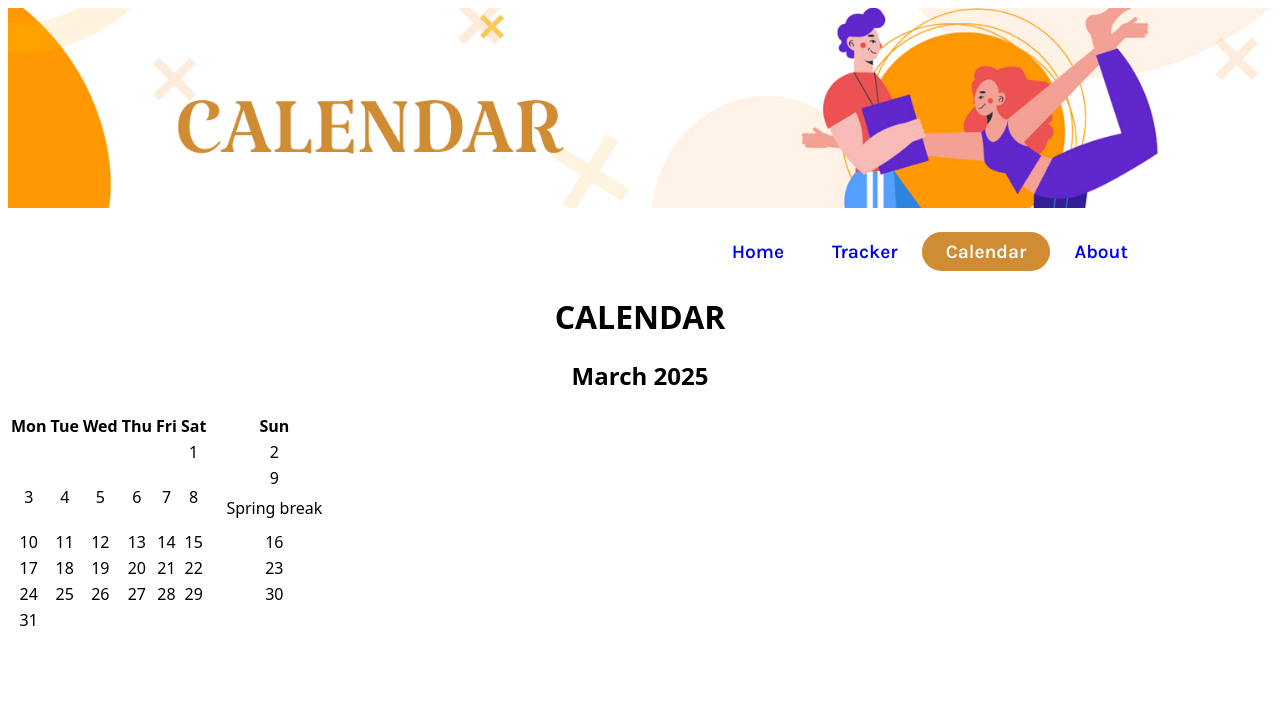
Repository: SandyLy453/habit-tracker
Page: http://localhost/calendar?month=1&year=2025
An editor plug-in stored every save of this project. The page is shown before and after the next save, followed by the edit.
The browser window is 1280 px wide. The pictures show the whole page.
The page is served by the project's Node server (server.js).

Above is the page before, as saved 2025-03-16 17:16:01.

### views/pages/calendar.ejs
<!DOCTYPE html>
<html lang="en">
<head>
    <meta charset="UTF-8">
    <meta name="viewport" content="width=device-width, initial-scale=1.0">
    <link rel="stylesheet" href="/styles.css">
    <link rel="preconnect" href="https://fonts.googleapis.com">
    <link rel="preconnect" href="https://fonts.gstatic.com" crossorigin>
    <link href="https://fonts.googleapis.com/css2?family=Karla:ital,wght@0,200..800;1,200..800&family=Roboto:ital,wght@0,100..900;1,100..900&display=swap" rel="stylesheet">
</head>
<body>
    <%- include('../partials/header', { activePage: 'calendar' }) %>

    <div class="calendar-container">
        <header class="calendar-header">
          <h1>CALENDAR</h1>
        </header>

        <div class="calendar-nav">
          <h2 id="month-year"><%= new Date(currentYear, currentMonth).toLocaleString('default', { month: 'long', year: 'numeric' }) %></h2>
        </div>

        <table class="calendar-table">
          <thead>
            <tr>
              <th>Mon</th><th>Tue</th><th>Wed</th><th>Thu</th><th>Fri</th><th>Sat</th><th>Sun</th>
            </tr>
          </thead>
          <tbody>
            <%
              const firstDay = new Date(currentYear, currentMonth, 1);
              const firstDayIndex = (firstDay.getDay() + 6) % 7;
              const daysInMonth = new Date(currentYear, currentMonth + 1, 0).getDate();
              let dateCount = 1;

              for (let i = 0; i < 6; i++) { %>
              <tr>
                <% for (let j = 0; j < 7; j++) { %>
                  <% if ((i === 0 && j < firstDayIndex) || dateCount > daysInMonth) { %>
                    <td></td>
                  <% } else { %>
                    <td class="calendar-day">
                      <span class="date-number"><%= dateCount %></span>
                      <% if (currentMonth === 2 && dateCount === 9) { %>
                        <div class="event">Spring break</div>
                      <% } %>
                    </td>
                    <% dateCount++; %>
                  <% } %>
                <% } %>
              </tr>
            <% } %>
          </tbody>
        </table>
      </div>

</body>
</html>

### views/partials/header.ejs
<!DOCTYPE html>
<html lang="en">
<head>
    <meta charset="UTF-8">
    <meta name="viewport" content="width=device-width, initial-scale=1.0">
    <title>
        <%= typeof title != 'undefined' ? title : 'Page Title' %>
    </title>
    <link rel="stylesheet" href="/styles.css">
    <link rel="preconnect" href="https://fonts.googleapis.com">
    <link rel="preconnect" href="https://fonts.gstatic.com" crossorigin>
    <link href="https://fonts.googleapis.com/css2?family=Karla:ital,wght@0,200..800;1,200..800&family=Roboto:ital,wght@0,100..900;1,100..900&display=swap" rel="stylesheet">
</head>
<body>
    <header>
        <div class="header_container">
            <img src="<%= activePage === 'home' ? '/images/home_banner.png' : activePage === 'tracker' ? '/images/tracker_banner.png' : activePage === 'calendar' ? '/images/calendar_banner.png' : '/images/about_banner.png' %>" alt="Banner Images"/>
            <ul class="header">
                <li><a href="/" class="header_items <%= activePage === 'home' ? 'highlight' : '' %>">Home</a></li>
                <li><a href="/tracker" class="header_items <%= activePage === 'tracker' ? 'highlight' : '' %>">Tracker</a></li>
                <li><a href="/calendar" class="header_items <%= activePage === 'calendar' ? 'highlight' : '' %>">Calendar</a></li>
                <li><a href="/about" class="header_items <%= activePage === 'about' ? 'highlight' : '' %>">About</a></li>
              </ul>
        </div>
    </header>
</body>
</html>

### server.js
import pg from 'pg';
import express from 'express';
import bodyParser from 'body-parser';
import dotenv from 'dotenv';
import path from 'path';
import { fileURLToPath } from 'url';

const __filename = fileURLToPath(import.meta.url);
const __dirname = path.dirname(__filename);

dotenv.config();

// Database setup
const db = new pg.Client({
  user: process.env.DB_USER,
  host: process.env.DB_HOST,
  database: process.env.DB_DATABASE,
  password: process.env.DB_PASSWORD,
  port: process.env.DB_PORT,
});

db.connect()
  .then(() => {
    console.log('Connected to the database');
  })
  .catch(err => {
    console.error('Database connection error:', err.stack);
});

const app = express();
const port = 3000;

app.set('views', path.join(__dirname, 'views'));

// Middleware
app.use(bodyParser.urlencoded({ extended: true }));
app.use(express.static('public'));  // Serve static files from the public folder
app.set('view engine', 'ejs');

// Routes
app.get('/', (req, res) => {
  res.render('pages/home', {
    title: "Personal Habit Tracker",
    activePage: 'home',
    paragraph: "Track your progress today for better habits."
  });
});

app.get('/tracker', (req, res) => {
  res.render('pages/tracker', {
    title: "My Habits Tracker",
    activePage: 'tracker',
    paragraph: " "
  });
});

app.get('/calendar', (req, res) => {
  const currentDate = new Date();

  res.render('pages/calendar', {
    title: "My calendar",
    activePage: 'calendar',
    currentMonth: currentDate.getMonth(),
    currentYear: currentDate.getFullYear(),
  });
});

app.get('/about', (req, res) => {
  res.render('pages/about', {
    title: "About",
    activePage: 'about',
  });
});

app.listen(port, () => {
  console.log(`App listening at port ${port}`);
});

### public/styles.css
:root {
    --header-font: "Karla", sans-serif;
    --heading-font: "Lora", serif;

    --font-styles-bold: 600;
    --font-styles-regular: 400;
    --header-large: 1.2rem;
    --page-heading: 2.5rem;
    --page-details: 1.1rem;

    --card-status-inProgress: #CF8C33;
    --card-paragraph: #4A4A4A;
    --card-status-done: #03a903;

    --schedules-reading: #FFCF90;
    --schedules-running: #B2ABEA;
    --schedules-drawing: #E0F1FF;
    --schedules-meditation: #FFDDE9;
    --event-backgroundColor: #FFF7EC;

    --numDays: 5;
    --numHours: 10;
    --timeHeight: 60px;
}

body {
    font-family: Arial, sans-serif;
    text-align: center;
}

input, button {
    margin: 5px;
    padding: 8px;
}

/* Header */
.header_container img {
    margin: 0;
    padding: 0;
    display: block;
    width: 100%;
    height: 100%;
    object-fit: cover;
}

.header {
    display: flex;
    flex-direction: row;
    justify-content:flex-end;
    list-style: none;
    margin: 2rem 120px;
    font-family: var(--header-font);
    font-weight: var(--font-styles-bold);
    font-size: var(--header-large);
}

.header_items {
    text-decoration: none;
    padding: .5rem 1.5rem;
    border-radius: 20px;
}

.header_items.highlight {
    color: white;
    background-color: var(--card-status-inProgress);
}

/* Home Page */
.heading_section {
    text-align: left;
    margin: 6rem 120px 4rem 120px;
}

.heading_section h1 {
    font-family: var(--heading-font);
    font-weight: var(--font-styles-regular);
    font-size: var(--page-heading);
    margin-bottom: 0;
}

.heading_section p {
    font-size: var(--page-details);
    margin-top: .5rem;
    font-style: italic;
}

.main_content {
    display: flex;
    flex-direction: row;
    margin: 0 120px 7rem 120px;
    gap: 2rem;
    text-align: left;
    align-items: flex-start;
}

/* Home Page Cards */

.cards_section {
    width: 50%;
    display: flex;
    flex-direction: column;
    justify-content: flex-start;
    padding: 0;
}

.cards_section h2,
.schedules_section h2 {
    font-family: var(--heading-font);
}

.cards {
    display: flex;
    flex-direction: row;
    flex-wrap: wrap;
    gap: 20px;
}

.card {
    position: relative;
    background-color: white;
    border-radius: 8px;
    border: 2px solid #D8D8D8;
    padding: 15px;
    width: 240px;
    height: 180px;
    text-align: left;
    overflow: hidden;
}

.card img {
    width: 100%;
    height: 100px;
    object-fit: cover;
    position: absolute;
    overflow: hidden;
    top: 0;
    left: 0;
    right: 0;
}

.habit {
    position: relative;
    display: flex;
    flex-direction: row;
    margin-bottom: 15px;
    justify-content: space-between;
    top: 6.5rem;
}

.habit h3 {
    margin: 0;
    font-size: 16px;
}

.habit p {
    margin: 5px 0;
    font-size: 14px;
    color: var(--card-paragraph);
}

.status {
    font-weight: bold;
}

.status.in-progress {
    color: var(--card-status-inProgress);
}

.status.done {
    color: var(--card-status-done);
}

/* Calendar */

.schedules_section {
    width: 50%;
    display: flex;
    flex-direction: column;
}

.calendar {
    display: grid;
    gap: 10px;
    grid-template-columns: auto 1fr;
}

.timeline {
    display: grid;
    grid-template-rows: repeat(var(--numHours), var(--timeHeight));
}

.days {
    display: grid;
    grid-column: 2;
    gap: 5px;
    grid-template-columns: repeat(auto-fit, minmax(100px, 1fr));
}

.events {
    display: grid;
    grid-template-rows: repeat(var(--numHours), var(--timeHeight));
    border-radius: 5px;
    background: var(--event-backgroundColor);
}

.start-10 {
    grid-row-start: 2;
}

.start-12 {
    grid-row-start: 3;
}

.start-1 {
    grid-row-start: 5;
}

.start-2 {
    grid-row-start: 6;
}

.end-12 {
    grid-row-end: 4;
}

.end-1 {
    grid-row-end: 5;
}

.end-3 {
    grid-row-end: 7;
}

.end-4 {
    grid-row-end: 8;
}

.end-5 {
    grid-row-end: 9;
}

.title {
    font-weight: 600;
    margin-bottom: 0.1rem;
}

.event {
    border: 1px solid var(--eventBorderColor);
    border-radius: 5px;
    padding: 0.5rem;
    margin: 0 0.5rem;
    background: white;
}

.events p {
    font-size: 14px;
}

.space,
.date {
    height: 60px
}

body {
    font-family: system-ui, sans-serif;
}

.running {
    background: var(--schedules-running);
}

.drawing {
    background: var(--schedules-drawing);
}

.meditation {
    background: var(--schedules-meditation);
}

.reading {
    background: var(--schedules-reading);
}

.date {
    display: flex;
    gap: 1em;
}

.date-day {
    display: inline;
    font-size: var(--page-details);
}

After the next save:
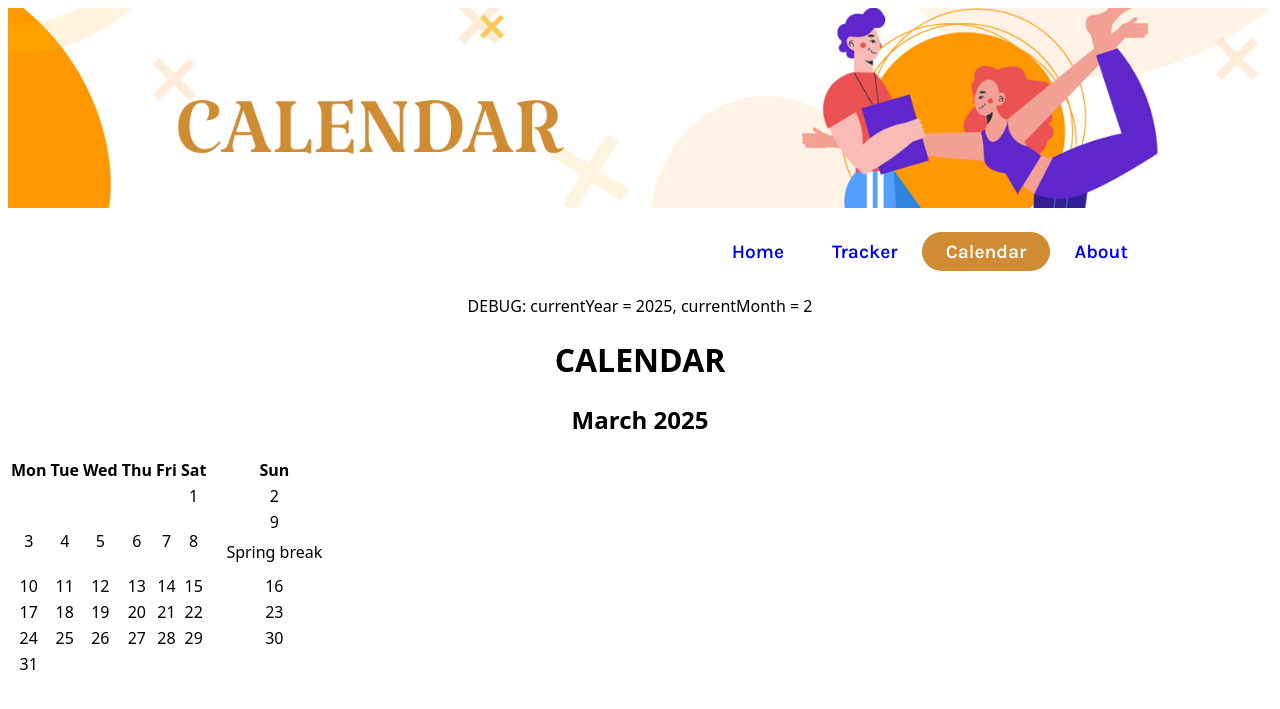
Saved 82 s later.
--- a/views/pages/calendar.ejs
+++ b/views/pages/calendar.ejs
@@ -11,48 +11,53 @@
 <body>
     <%- include('../partials/header', { activePage: 'calendar' }) %>
 
-    <div class="calendar-container">
-        <header class="calendar-header">
-          <h1>CALENDAR</h1>
-        </header>
+    <!-- Debug output -->
+  <p>DEBUG: currentYear = <%= currentYear %>, currentMonth = <%= currentMonth %></p>
 
-        <div class="calendar-nav">
-          <h2 id="month-year"><%= new Date(currentYear, currentMonth).toLocaleString('default', { month: 'long', year: 'numeric' }) %></h2>
-        </div>
+  <div class="calendar-container">
+    <header class="calendar-header">
+      <h1>CALENDAR</h1>
+    </header>
 
-        <table class="calendar-table">
-          <thead>
-            <tr>
-              <th>Mon</th><th>Tue</th><th>Wed</th><th>Thu</th><th>Fri</th><th>Sat</th><th>Sun</th>
-            </tr>
-          </thead>
-          <tbody>
-            <%
-              const firstDay = new Date(currentYear, currentMonth, 1);
-              const firstDayIndex = (firstDay.getDay() + 6) % 7;
-              const daysInMonth = new Date(currentYear, currentMonth + 1, 0).getDate();
-              let dateCount = 1;
+    <div class="calendar-nav">
+      <h2 id="month-year">
+        <%= new Date(currentYear, currentMonth).toLocaleString('default', { month: 'long', year: 'numeric' }) %>
+      </h2>
+    </div>
 
-              for (let i = 0; i < 6; i++) { %>
-              <tr>
-                <% for (let j = 0; j < 7; j++) { %>
-                  <% if ((i === 0 && j < firstDayIndex) || dateCount > daysInMonth) { %>
-                    <td></td>
-                  <% } else { %>
-                    <td class="calendar-day">
-                      <span class="date-number"><%= dateCount %></span>
-                      <% if (currentMonth === 2 && dateCount === 9) { %>
-                        <div class="event">Spring break</div>
-                      <% } %>
-                    </td>
-                    <% dateCount++; %>
+    <table class="calendar-table">
+      <thead>
+        <tr>
+          <th>Mon</th><th>Tue</th><th>Wed</th><th>Thu</th><th>Fri</th><th>Sat</th><th>Sun</th>
+        </tr>
+      </thead>
+      <tbody>
+        <%
+          const firstDay = new Date(currentYear, currentMonth, 1);
+          const firstDayIndex = (firstDay.getDay() + 6) % 7;
+          const daysInMonth = new Date(currentYear, currentMonth + 1, 0).getDate();
+          let dateCount = 1;
+
+          for (let i = 0; i < 6; i++) { %>
+          <tr>
+            <% for (let j = 0; j < 7; j++) { %>
+              <% if ((i === 0 && j < firstDayIndex) || dateCount > daysInMonth) { %>
+                <td></td>
+              <% } else { %>
+                <td class="calendar-day">
+                  <span class="date-number"><%= dateCount %></span>
+                  <% if (currentMonth === 2 && dateCount === 9) { %>
+                    <div class="event">Spring break</div>
                   <% } %>
-                <% } %>
-              </tr>
+                </td>
+                <% dateCount++; %>
+              <% } %>
             <% } %>
-          </tbody>
-        </table>
-      </div>
+          </tr>
+        <% } %>
+      </tbody>
+    </table>
+  </div>
 
 </body>
 </html>

After the save that followed:
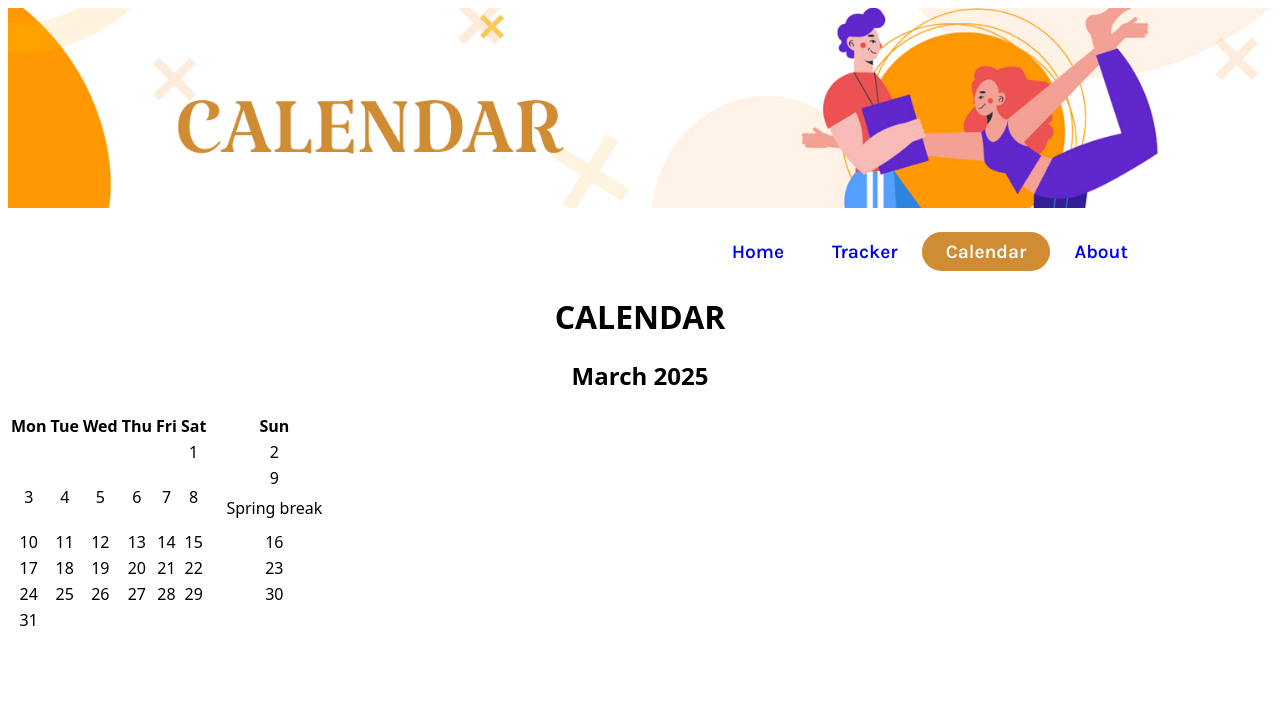
Saved 10 s later.
--- a/views/pages/calendar.ejs
+++ b/views/pages/calendar.ejs
@@ -10,9 +10,6 @@
 </head>
 <body>
     <%- include('../partials/header', { activePage: 'calendar' }) %>
-
-    <!-- Debug output -->
-  <p>DEBUG: currentYear = <%= currentYear %>, currentMonth = <%= currentMonth %></p>
 
   <div class="calendar-container">
     <header class="calendar-header">
